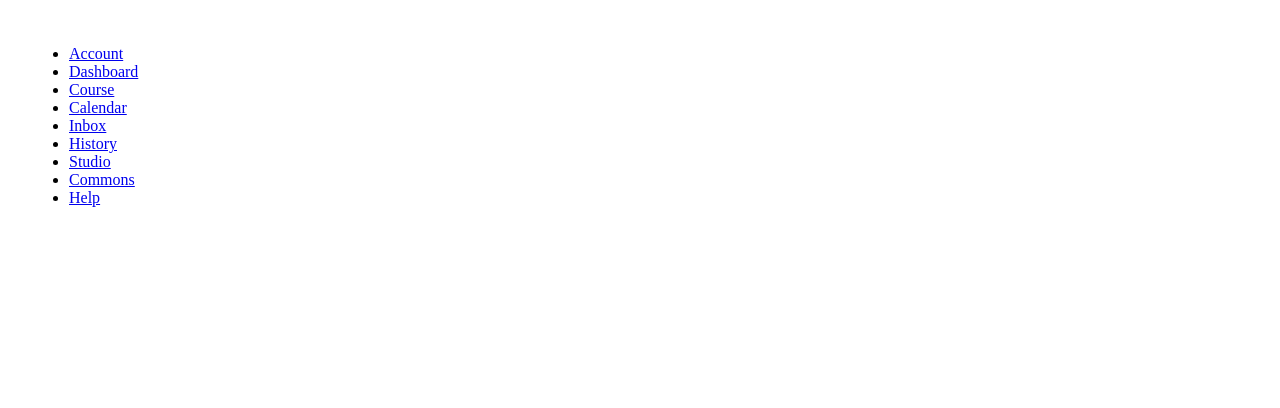
Repository: yuqiant/kanbas-react-web-app
Page: public/kanbas/coursecol.html
An editor plug-in stored every save of this project. The page is shown before and after the next save, followed by the edit.
The browser window is 1280 px wide. The pictures show the whole page.

Above is the page before, as saved 2023-09-11 22:17:38.

### public/kanbas/coursecol.html
<!DOCTYPE html>
<html lang="en">

<head>
    <meta charset="UTF-8">
    <meta name="viewport" content="width=device-width, initial-scale=1.0">
    <title>Column Interaction</title>
    <style>
        table {
            width: 100%;
            border-collapse: collapse;
        }

        td {
            width: 50%;
            border: 1px solid transparent;
            padding: 20px;
            vertical-align: top;
        }

        #secondColumn {
            display: none;
            /* Initially hide the second column */
        }

        #thirdColumn {
            display: none;
            /* Initially hide the second column */
        }

        #fourthColumn {
            display: none;
            /* Initially hide the second column */
        }
    </style>
</head>

<body>
    <table>
        <tr>
            <td id="firstColumn" style="width: 150px;">
                <ul>
                    <li><a href="#">Account</a></li>
                    <li><a href="#">Dashboard</a></li>
                    <li><a href="#" onclick="showSecondColumn()">Course</a></li>
                    <li><a href="#">Calendar</a></li>
                    <li><a href="#">Inbox</a></li>
                    <li><a href="#">History</a></li>
                    <li><a href="#">Studio</a></li>
                    <li><a href="#">Commons</a></li>
                    <li><a href="#">Help</a></li>
                </ul>
            </td>
            <td id="secondColumn" style="width: 150px;">
                <ul>
                    <li><a href="#" onclick="showThirdColumn()">Home</a></li>
                    <li><a href="#">Modules</a></li>
                    <li><a href="#">Piazza</a></li>
                    <li><a href="#">Zoom Meetings</a></li>
                    <li><a href="#">Assignments</a></li>
                    <li><a href="#">Quizzes</a></li>
                    <li><a href="#">Grades</a></li>
                    <li><a href="#">People</a></li>
                    <li><a href="#">Panopto Video</a></li>
                    <li><a href="#">Discussions</a></li>
                    <li><a href="#">Announcements</a></li>
                    <li><a href="#">Pages</a></li>
                    <li><a href="#">Files</a></li>
                    <li><a href="#">Rubrics</a></li>
                    <li><a href="#">Outcomes</a></li>
                    <li><a href="#">Collaborations</a></li>
                    <li><a href="#">Syllabus</a></li>
                    <li><a href="#">Settings</a></li>
                </ul>
            </td>
        </tr>
    </table>

</body>

</html>

After the next save:
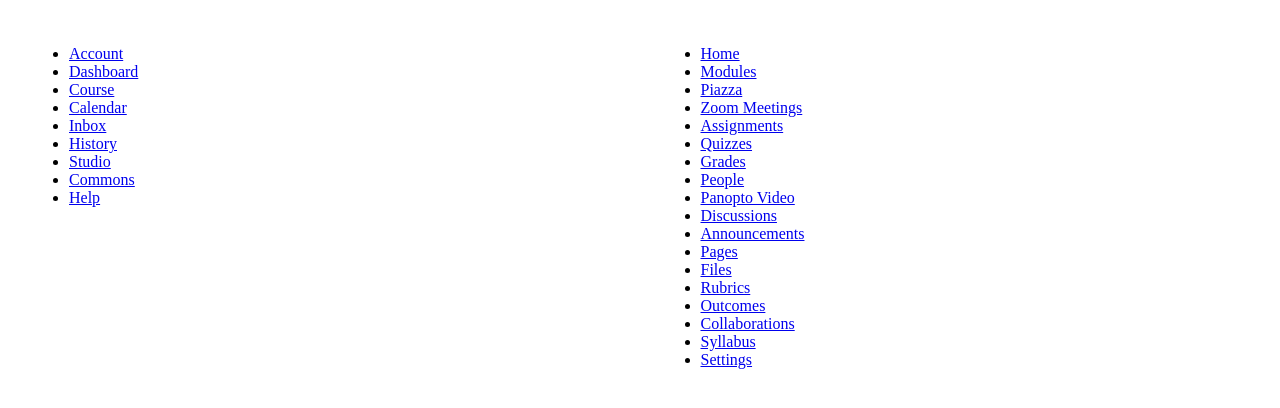
Saved 25 s later.
--- a/public/kanbas/coursecol.html
+++ b/public/kanbas/coursecol.html
@@ -18,10 +18,7 @@
             vertical-align: top;
         }
 
-        #secondColumn {
-            display: none;
-            /* Initially hide the second column */
-        }
+
 
         #thirdColumn {
             display: none;
